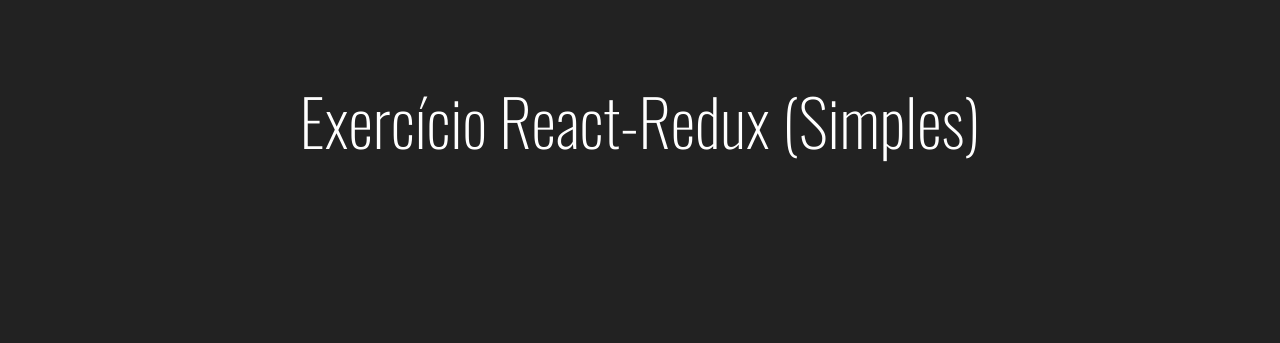
Repository: WellysonP/testando-react-redux
Page: /
An editor plug-in stored every save of this project. The page is shown before and after the next save, followed by the edit.
The browser window is 1280 px wide. The pictures show the whole page.
The project was rebuilt for these pictures with package versions that can differ from the ones it lists, and the page was loaded fresh each time.

Above is the page before, as saved 2023-01-12 16:27:35.

After the next save:
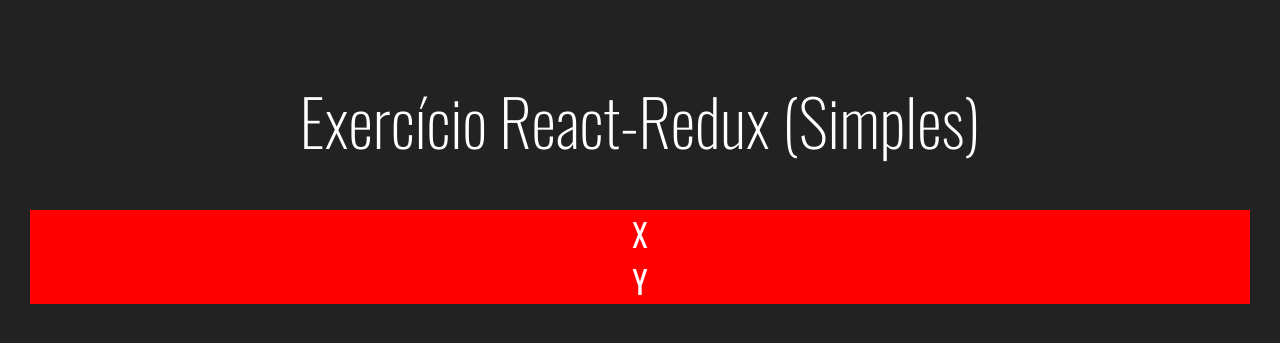
Saved 38 s later.
--- a/src/App.js
+++ b/src/App.js
@@ -7,10 +7,10 @@ function App() {
     <div className="App">
       <h1>Exercício React-Redux (Simples)</h1>
       <div className='linha'>
-      <Card/>
+      <Card>X</Card>
       </div>
       <div className='linha'>
-      <Card/>
+      <Card>Y</Card>
       </div>
     </div>
   );

After the save that followed:
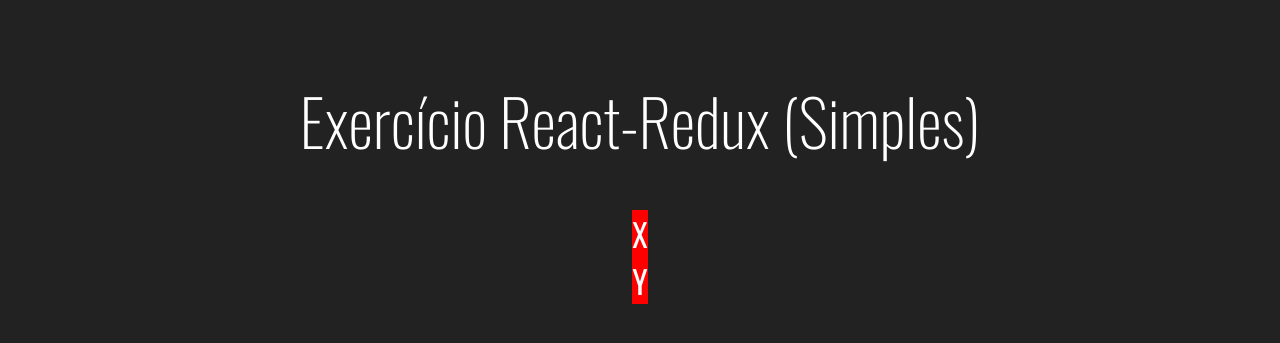
Saved 39 s later.
--- a/src/App.css
+++ b/src/App.css
@@ -1,7 +1,7 @@
 .App{
   display: flex;
   flex-direction: column;
-  text-align: center;
+  align-items: center;
 }
 
 h1{
